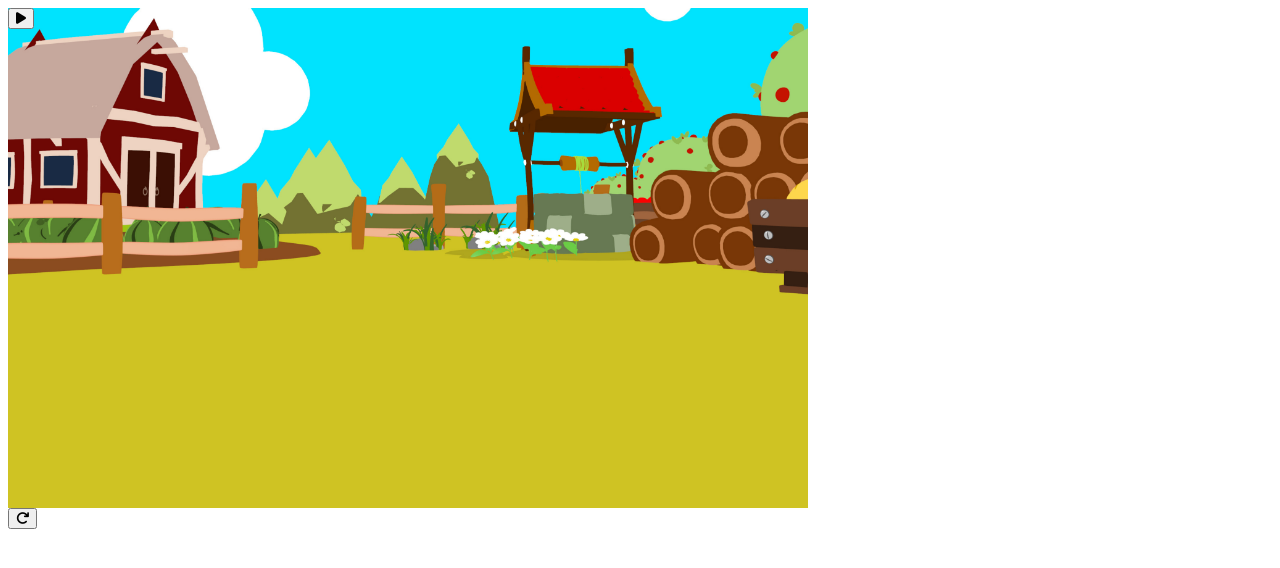
Repository: rumor1993/DreamCoding-Browser101
Page: Chapter07/ellie/index.html
The author's editor kept a copy of each file at every save. The page is drawn from the files as they stood at one save, then again after the next save.
The browser window is 1280 px wide. The pictures show the whole page.
Some web libraries are served in a nearby version.

Above is the page before, as saved 2021-01-03 18:29:45.

### Chapter07/ellie/index.html
<!DOCTYPE html>
<html lang="en">
  <head>
    <meta charset="UTF-8" />
    <meta name="viewport" content="width=device-width, initial-scale=1.0" />
    <title>Document</title>
    <link rel="stylesheet" href="index.css" />
    <script src="https://kit.fontawesome.com/86c035f01d.js" crossorigin="anonymous"></script>
    <script src="index.js"></script>
  </head>
  <body>
    <section class="game">
      <header class="game-header">
        <button class="game-button">
          <i class="fas fa-play"></i>
        </button>
        <span class="game-timer"></span>
        <span class="game-score"></span>
      </header>
      <section class="game-field"></section>
    </section>
    <section class="pop-up">
      <button class="pop-up-refresh">
        <i class="fas fa-redo"></i>
      </button>
      <span class="pop-up-message"></span>
    </section>
  </body>
</html>

### Chapter07/ellie/index.css
.game {
  width: 800px;
  height: 500px;
  background: url("../carrot/img/background.png") center/cover;
}

.game-header {
}

.game-field {
}

### Chapter07/ellie/index.js
window.addEventListener("load", () => {
  const section = document.querySelector("section");
  let carrotCount = 10;

  for (let i = 0; i < carrotCount; i++) {
    createCarrot();
    createBug();
  }

  function createCarrot() {
    const carrot = document.createElement("div");
    carrot.setAttribute("class", "carrot");
    section.appendChild(carrot);
  }

  function createBug() {
    const bug = document.createElement("div");
    bug.setAttribute("class", "bug");
    section.appendChild(bug);
  }
});

After the next save:
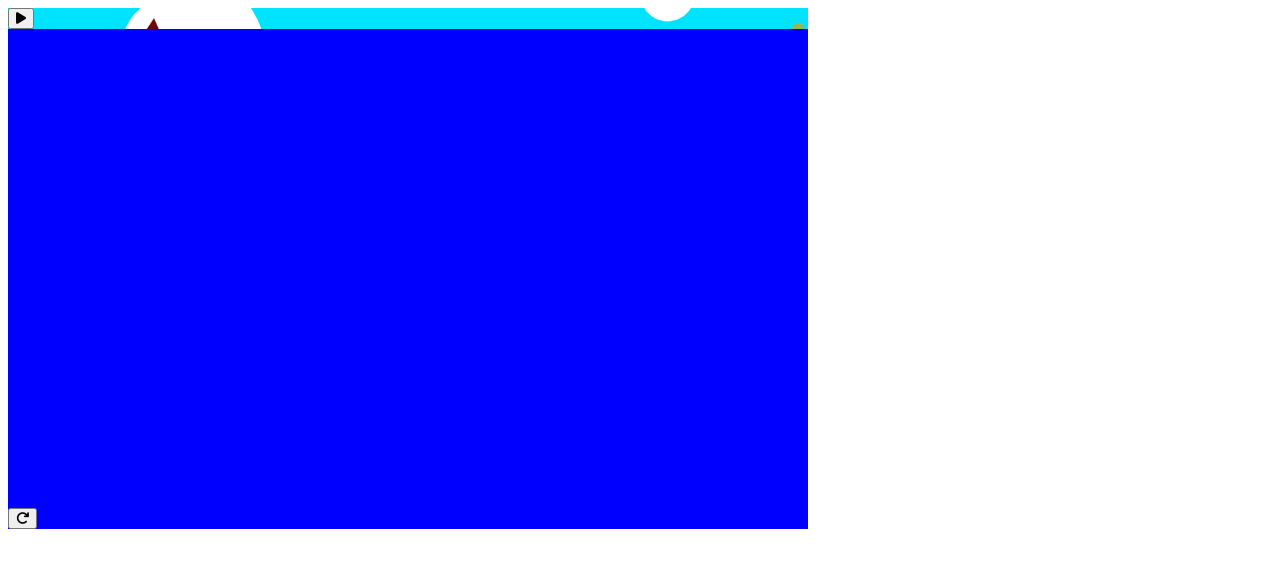
Saved 36 s later.
--- a/Chapter07/ellie/index.css
+++ b/Chapter07/ellie/index.css
@@ -8,4 +8,7 @@
 }
 
 .game-field {
+  width: 100%;
+  height: 100%;
+  background-color: blue;
 }
